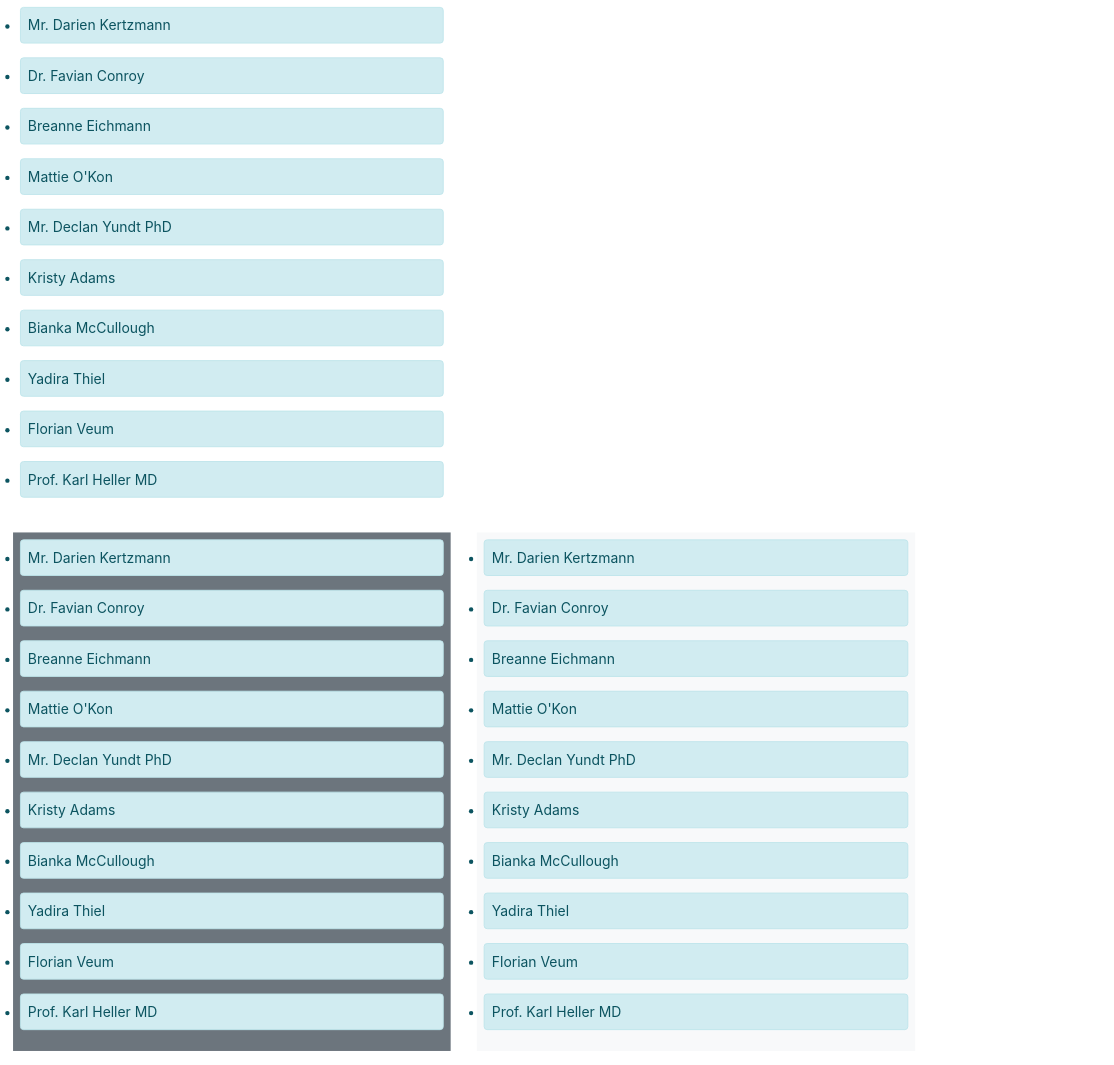
Repository: yatharth-vataliya/the-core-php-js
Page: http://localhost/prac_17.php
These files come from the project's save history. The page is drawn as it stood at one moment and after the next save; the edit follows.
The browser window is 1280 px wide. The pictures show the whole page, at 87% of full size.
Some web libraries are served in a nearby version. The page is run by PHP 8.4 with error messages shown; the project is at /var/www/html/. The database holds what the project's SQL file puts in it.

Above is the page before, as saved 2020-12-26 18:28:51.

### prac_17.php
<?php

require_once("db.php");

$st = $pdo->prepare('SELECT * FROM sort_it ORDER BY order_id ASC');
$st->execute();

$data = $st->fetchAll(PDO::FETCH_OBJ);

?>
<!doctype html>
<html lang="en">

<head>
  <!-- Required meta tags -->
  <meta charset="utf-8">
  <meta name="viewport" content="width=device-width, initial-scale=1, shrink-to-fit=no">

  <!-- Bootstrap CSS -->
  <link rel="stylesheet" href="https://cdn.jsdelivr.net/npm/bootstrap@4.5.3/dist/css/bootstrap.min.css">
  <link rel="stylesheet" href="https://code.jquery.com/ui/1.12.1/themes/base/jquery-ui.css">
  <style>

  </style>
  <title>Title</title>
</head>

<body>
  <div class="container-fluid">
    <div class="row">
      <div class="col-md-5">
        <ul id="sortable" class="p-2">
          <?php foreach ($data as $dt) : ?>
            <li class="p-2 alert alert-info" data-id="<?php echo $dt->id; ?>"><?php echo $dt->product_name; ?></li>
          <?php endforeach; ?>
        </ul>
      </div>
    </div>
  </div>

  <div class="container-fluid">
    <div class="row">
      <div class="col-md-5">
        <ul id="sortable1" class="p-2 connectedSortable bg-secondary">
          <?php foreach ($data as $dt) : ?>
            <li class="p-2 alert alert-info" data-id="<?php echo $dt->id; ?>"><?php echo $dt->product_name; ?></li>
          <?php endforeach; ?>
        </ul>
      </div>
      <div class="col-md-5">
        <ul id="sortable2" class="p-2 connectedSortable bg-light">
          <?php foreach ($data as $dt) : ?>
            <li class="p-2 alert alert-info" data-id="<?php echo $dt->id; ?>"><?php echo $dt->product_name; ?></li>
          <?php endforeach; ?>
        </ul>
      </div>
    </div>
  </div>

  <script src="https://code.jquery.com/jquery-3.5.1.js"></script>
  <script src="https://cdn.jsdelivr.net/npm/bootstrap@4.5.3/dist/js/bootstrap.bundle.min.js"></script>
  <script src="https://code.jquery.com/ui/1.12.1/jquery-ui.js"></script>

  <script>
    $(function() {
      $("#sortable").sortable({
        update: function(event, ui) {
          var od_array = new Array();
          $("#sortable li").each(function() {
            od_array.push($(this).data("id"));
          });
          var http = new XMLHttpRequest();
          http.onreadystatechange = function() {
            if (this.readyState == 4 && this.status == 200) {
              response = JSON.parse(this.response);
              alert(response.message);
            }
          }
          http.open("POST", "reorder.php");
          form_data = new FormData();
          for (i = 0; i < od_array.length; i++) {
            form_data.append('data_id[]', od_array[i]);
          }
          http.send(form_data);
        }
      });
      $("#sortable").disableSelection();
    });

    $(function() {
      $("#sortable1, #sortable2").sortable({
        connectWith: ".connectedSortable"
      }).disableSelection();
    });
  </script>

</body>

</html>

### db.php
<?php
$dsn = 'mysql:host=localhost;dbname=practice';
$username = 'root';
$password = 'rootroot';
$options = array(
	PDO::MYSQL_ATTR_INIT_COMMAND => 'SET NAMES utf8',
	PDO::ATTR_ERRMODE => PDO::ERRMODE_EXCEPTION
);

$pdo = new PDO($dsn, $username, $password, $options);
?>

### practice.sql (the tables this page reads)
CREATE TABLE `sort_it` (
  `id` int(11) NOT NULL,
  `product_name` varchar(100) NOT NULL,
  `description` varchar(200) DEFAULT NULL,
  `order_id` int(11) NOT NULL DEFAULT '0'
) ENGINE=InnoDB DEFAULT CHARSET=utf8mb4;

INSERT INTO `sort_it` (`id`, `product_name`, `description`, `order_id`) VALUES
(1, 'Kristy Adams', 'Quam ut perferendis vel magnam. Enim deleniti illo doloribus est praesentium. Aliquam aliquam enim autem et dolore. Neque labore deleniti et incidunt.', 6),
(2, 'Yadira Thiel', 'Dignissimos consequatur quidem ea architecto et. Aut asperiores nesciunt velit repellendus error provident dolorum. Qui eos aut in praesentium qui magnam voluptatem.', 7),
(3, 'Mr. Darien Kertzmann', 'Sapiente quaerat consequuntur rem quia. Architecto facere numquam qui. Velit eligendi ex quia qui ipsum.', 1),
(4, 'Dr. Favian Conroy', 'Doloribus similique repellendus nihil explicabo dicta. Similique minima quis mollitia officiis temporibus libero. Sunt sit qui autem consequatur et. Corrupti sed earum delectus voluptatem.', 2),
(5, 'Florian Veum', 'Totam ut vel natus repudiandae quas. Vel quia similique sint. Qui quo architecto culpa dolorem. Rem quos recusandae quas.', 8),
(6, 'Breanne Eichmann', 'Eum ea et sunt ratione quo. Veritatis iusto incidunt et dolor beatae officiis ipsum. Est placeat labore et molestiae ex est. Excepturi et veritatis sunt expedita.', 3),
(7, 'Mattie O\'Kon', 'Quibusdam dolores commodi alias quam eaque et qui. Doloribus ut ipsam tenetur odit quia assumenda ipsam. Sit sed veniam nostrum quis deleniti. Vel ea dolorem eum doloremque.', 4),
(8, 'Mr. Declan Yundt PhD', 'Quaerat et voluptatibus eos. Unde voluptas repellat est qui fugiat sit. Soluta amet est perspiciatis harum ea. Maxime dolorem quam aliquam id. At aut recusandae est consequatur mollitia dolorem unde.', 5),
(9, 'Bianka McCullough', 'Officia ut in et molestias cupiditate qui modi. Quia voluptatem sed rem cupiditate rerum. Enim nihil eligendi assumenda porro.', 6),
(10, 'Prof. Karl Heller MD', 'Aut consectetur sed sunt minus. Dolores quidem aut facilis aut. Accusantium explicabo laudantium consequatur aut similique qui.', 9);

ALTER TABLE `sort_it`
  ADD PRIMARY KEY (`id`);

ALTER TABLE `sort_it`
  MODIFY `id` int(11) NOT NULL AUTO_INCREMENT, AUTO_INCREMENT=11;

After the next save:
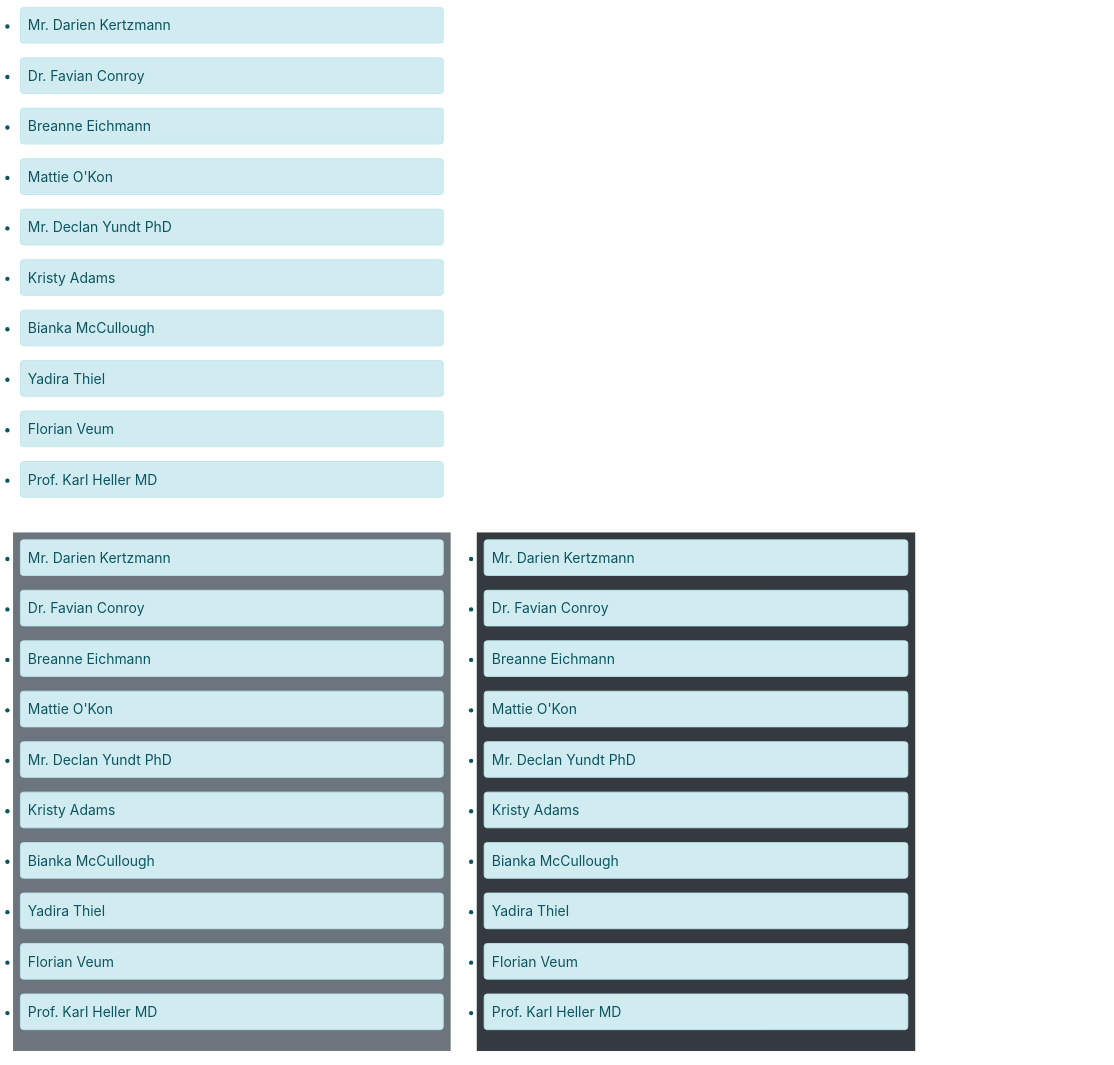
Saved 9 s later.
--- a/prac_17.php
+++ b/prac_17.php
@@ -48,7 +48,7 @@ $data = $st->fetchAll(PDO::FETCH_OBJ);
         </ul>
       </div>
       <div class="col-md-5">
-        <ul id="sortable2" class="p-2 connectedSortable bg-light">
+        <ul id="sortable2" class="p-2 connectedSortable bg-dark">
           <?php foreach ($data as $dt) : ?>
             <li class="p-2 alert alert-info" data-id="<?php echo $dt->id; ?>"><?php echo $dt->product_name; ?></li>
           <?php endforeach; ?>
